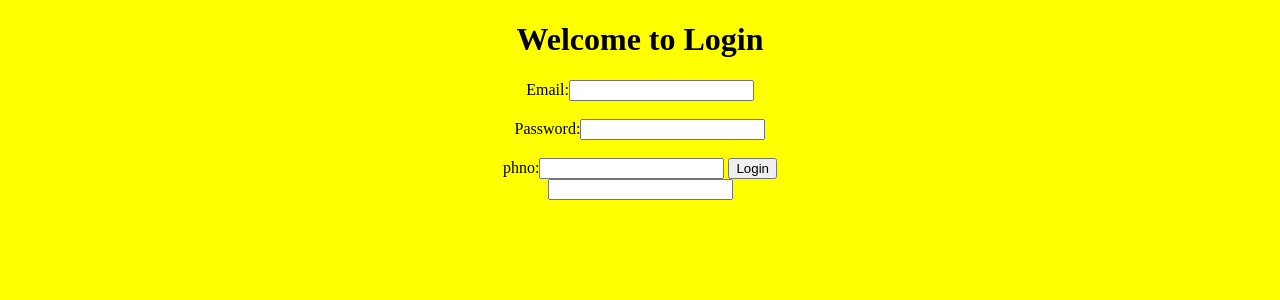
Repository: priyaadya/spring-practice-codes
Page: http://localhost/servletpractice/Login.jsp
The author's editor kept a copy of each file at every save. The page is drawn from the files as they stood at one save, then again after the next save.
The browser window is 1280 px wide. The pictures show the whole page.
The page is served by Tomcat 9.

Above is the page before, as saved 2023-05-29 07:36:39.

After the next save:
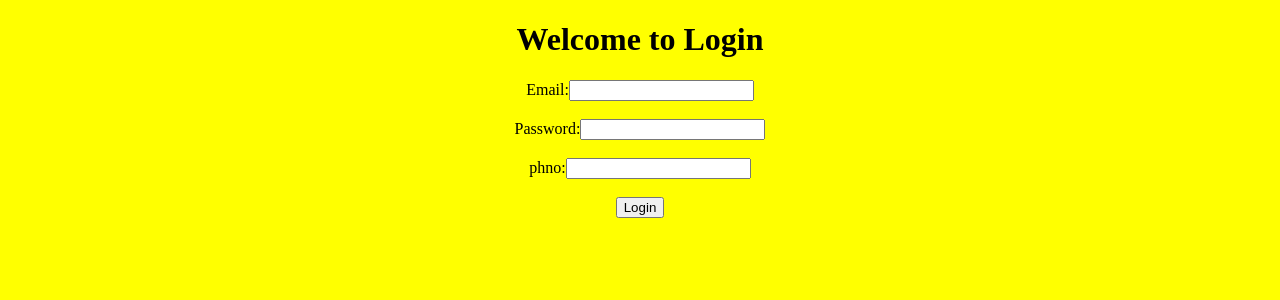
Saved 64 s later.
--- a/servletpractice/src/main/webapp/Login.jsp
+++ b/servletpractice/src/main/webapp/Login.jsp
@@ -11,9 +11,8 @@
 <h1>Welcome to Login</h1>
 Email:<input type="text" name="em"><br><br>
 Password:<input type="text" name="pa"><br><br>
-phno:<input type="text" name="ph">
+phno:<input type="text" name="ph"><br><br>
 <input type="submit" value="Login"><br>
-<input type="text" >
 </form>
 
 </body>
